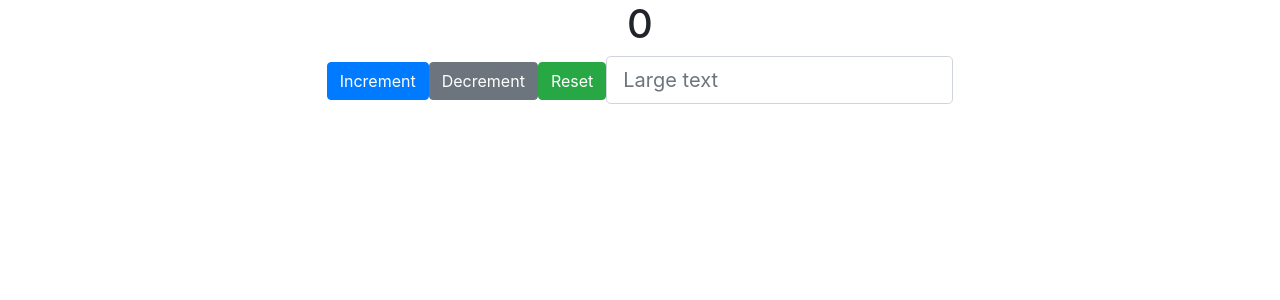
Repository: tts2610/redux-counter
Page: /
These files come from the project's save history. The page is drawn as it stood at one moment and after the next save; the edit follows.
The browser window is 1280 px wide. The pictures show the whole page.
The project was rebuilt for these pictures with package versions that can differ from the ones it lists, and the page was loaded fresh each time.

Above is the page before, as saved 2020-06-09 14:50:11.

### src/index.js
import React from "react";
import ReactDOM from "react-dom";
import "./index.css";
import App from "./App";
import * as serviceWorker from "./serviceWorker";
import { createStore } from "redux";
import { Provider } from "react-redux";

const initialState = {
  count: 0,
};

function countReducer(state = initialState, action) {
  switch (action.type) {
    case "INCREMENT":
      return {
        count: state.count + 1,
      };
    case "DECREMENT":
      return {
        count: state.count - 1,
      };
    case "RESET":
      return {
        count: 0,
      };
    default:
      return state;
  }
}

const store = createStore(
  countReducer,
  // Hooks up Redux Devtools
  window.__REDUX_DEVTOOLS_EXTENSION__ && window.__REDUX_DEVTOOLS_EXTENSION__()
);

ReactDOM.render(
  <Provider store={store}>
    <App />
  </Provider>,
  document.getElementById("root")
);

// If you want your app to work offline and load faster, you can change
// unregister() to register() below. Note this comes with some pitfalls.
// Learn more about service workers: https://bit.ly/CRA-PWA
serviceWorker.unregister();

### src/App.js
import React, { useState } from "react";
import logo from "./logo.svg";
import "./App.css";
import { useSelector, useDispatch } from "react-redux";
import "bootstrap/dist/css/bootstrap.min.css";
import { Form, Button } from "react-bootstrap";

function App() {
  const count = useSelector((state) => state.count);
  const dispatch = useDispatch();
  return (
    <div className="App">
      <h1>{count}</h1>
      <div
        style={{
          display: "flex",
          justifyContent: "center",
          alignItems: "baseline",
        }}
      >
        <Button
          onClick={() => dispatch({ type: "INCREMENT" })}
          variant="primary"
        >
          Increment
        </Button>{" "}
        <Button
          onClick={() => dispatch({ type: "DECREMENT" })}
          variant="secondary"
        >
          Decrement
        </Button>{" "}
        <Button onClick={() => dispatch({ type: "RESET" })} variant="success">
          Reset
        </Button>{" "}
        <Form.Group>
          <Form.Control size="lg" type="text" placeholder="Large text" />
        </Form.Group>
      </div>
    </div>
  );
}

export default App;

Loaded but not shown: public/index.html (common file); src/index.css (common file); src/serviceWorker.js (common file); src/App.css (common file)

After the next save:
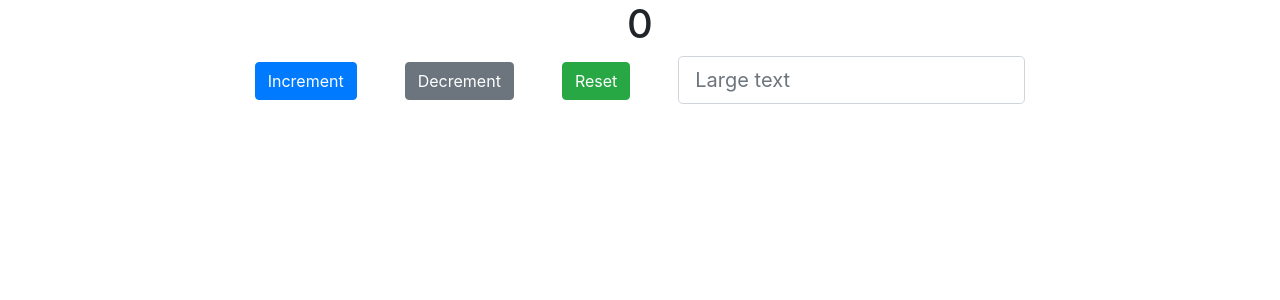
Saved 34 s later.
--- a/src/App.js
+++ b/src/App.js
@@ -21,16 +21,22 @@ function App() {
         <Button
           onClick={() => dispatch({ type: "INCREMENT" })}
           variant="primary"
+          className="mr-5"
         >
           Increment
         </Button>{" "}
         <Button
           onClick={() => dispatch({ type: "DECREMENT" })}
           variant="secondary"
+          className="mr-5"
         >
           Decrement
         </Button>{" "}
-        <Button onClick={() => dispatch({ type: "RESET" })} variant="success">
+        <Button
+          onClick={() => dispatch({ type: "RESET" })}
+          variant="success"
+          className="mr-5"
+        >
           Reset
         </Button>{" "}
         <Form.Group>
